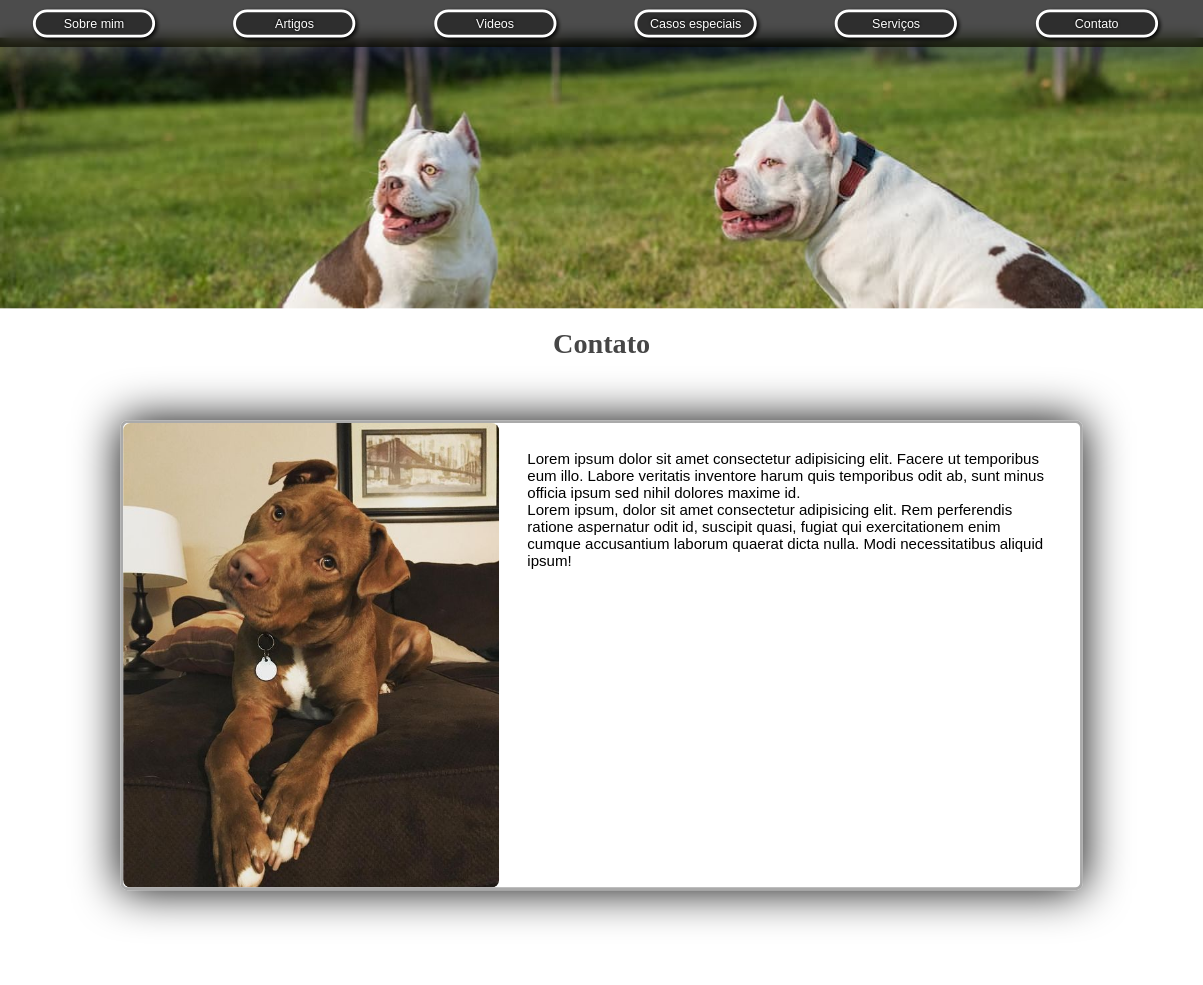
Repository: KevynMarques/Blog-React-StyledComponent
Page: /, after clicking the first element matching `button.sc-iGgWBj`
These files come from the project's save history. The page is drawn as it stood at one moment and after the next save; the edit follows.
The browser window is 1280 px wide. The pictures show the whole page, at 94% of full size.
The project was rebuilt for these pictures with package versions that can differ from the ones it lists, and the page was loaded fresh each time. Also part of the build but not shown: src/Components/Artigos/index.jsx, src/Components/Clientes/index.jsx, src/Components/Serviços/index.jsx, src/Components/View/index.jsx.

Above is the page before, as saved 2022-02-21 18:33:21.

### public/index.html
<!DOCTYPE html>
<html lang="pt-BR">
  <head>
    <meta charset="utf-8" />
    <link rel="icon" href="%PUBLIC_URL%/favicon.ico" />
    <meta name="viewport" content="width=device-width, initial-scale=1" />
    <meta name="theme-color" content="#000000" />
    <meta
      name="description"
      content="Web site created using create-react-app"
    />
    <link rel="apple-touch-icon" href="%PUBLIC_URL%/logo192.png" />
    <!--
      manifest.json provides metadata used when your web app is installed on a
      user's mobile device or desktop. See https://developers.google.com/web/fundamentals/web-app-manifest/
    -->
    <!--
      Notice the use of %PUBLIC_URL% in the tags above.
      It will be replaced with the URL of the `public` folder during the build.
      Only files inside the `public` folder can be referenced from the HTML.

      Unlike "/favicon.ico" or "favicon.ico", "%PUBLIC_URL%/favicon.ico" will
      work correctly both with client-side routing and a non-root public URL.
      Learn how to configure a non-root public URL by running `npm run build`.
    -->
    <title>Adestramento DK</title>
  </head>
  <body>
    <noscript>You need to enable JavaScript to run this app.</noscript>
    <div id="root"></div>
    <!--
      This HTML file is a template.
      If you open it directly in the browser, you will see an empty page.

      You can add webfonts, meta tags, or analytics to this file.
      The build step will place the bundled scripts into the <body> tag.

      To begin the development, run `npm start` or `yarn start`.
      To create a production bundle, use `npm run build` or `yarn build`.
    -->
  </body>
</html>

### src/App.jsx
import Home from './Pages/Home';
import Sobre from './Components/Sobre/index';
import { useState, useEffect } from 'react';
import { GlobalStyle } from './GlobalStyle';
import Geral from './Components/Geral/index';


function App() {

  const [geral, setGeral]=useState(<Sobre />);

  return (
    <>
    <Home setGeral={setGeral} geral={geral}  />
    <Geral geral={geral} />
    <GlobalStyle/>
   </>
  );
}

export default App;

### src/Pages/Home/index.jsx
import React, {useState} from "react"
import {  Home, Videos, Comportamental, Serviços, Diversos, Contato } from "../../Components/Buttons/Style"
import Sobre from '../../Components/Sobre/index'
import Comport  from '../../Components/Artigos/index'
import Clientes from '../../Components/Clientes/index'
import Serv from "../../Components/Serviços"
import Cont from '../../Components/Contato/index'
import View from "../../Components/View"
import { ContainerHeader } from "../../Components/Containers/style"




export default (props) => {

  const [ativo, setAtivo] = useState(false)
  const [ativoVideos, setAtivoVideos] = useState(true)
  const [ativoComp, setComp] = useState(true)
  const [Casos, setCasos] = useState(true)
  const [serviços, setServiços] = useState(true)
  const [contato, setContato] = useState(true)


  return (
   <>
    <ContainerHeader>

       <Home
         setAtivo={setAtivo}
         ativo={ativo}
         onClick={()=>(props.setGeral(<Sobre />),
         setAtivo(false),
         setAtivoVideos(true),
         setComp(true),
         setCasos(true),
         setServiços(true)
         )}>
         <p>Sobre mim</p>
      </Home>


       <Comportamental
          onClick={() =>(props.setGeral(<Comport />),
          setAtivo(true),
          setAtivoVideos(true),
          setComp(false),
          setCasos(true),
          setServiços(true))}

          setComp={setComp}
          ativoComp={ativoComp}>

         <p>Artigos</p>
       </Comportamental>

       <Videos
        ativoEquip={ativoVideos}
        setAtivoVideos={setAtivoVideos}
        onClick={()=>(props.setGeral(<View />),
        setAtivo(true),
        setAtivoVideos(false),
        setComp(true),
        setCasos(true),
        setServiços(true)
        )}>
        <p>Videos</p>
       </Videos>

       <Diversos
          onClick={() =>(props.setGeral(<Clientes />),
          setAtivo(true),
          setAtivoVideos(true),
          setComp(true),
          setCasos(false),
          setServiços(true))}
          setCasos={setCasos}
          Casos={Casos}>
         <p>Casos especiais</p>
       </Diversos>


       <Serviços onClick={() =>(props.setGeral(<Serv />),
        setAtivo(true),
        setAtivoVideos(true),
        setComp(true),
        setCasos(true),
        setServiços(false))}
        setServiços={setServiços}
        serviços={serviços}>
         <p>Serviços</p>
       </Serviços>

       <Contato onClick={() =>(props.setGeral(<Cont />),
        setAtivo(true),
        setAtivoVideos(true),
        setComp(true),
        setCasos(true),
        setServiços(true),
        setContato(false)
       )}
          setContato={setContato}
          contato={contato}>
         <p>Contato</p>
      </Contato>

    </ContainerHeader>
    </>
  );
}

### src/Components/Sobre/index.jsx
import Foto from '../Image/foto.png'
import LV from '../Image/LV.jpg';
import Dog from '../Image/Dog.png'
import { Tittle } from "../Textos&Titles/style";
import { ContainerBaner, ContainerBox, ContainerIMG } from "../Containers/style";
import { Info } from "../Textos&Titles/style";
import { SubTitle } from '../Textos&Titles/style';
import { TitleInfo } from '../Textos&Titles/style';


export default () => {
  return (
<>
     <ContainerBaner>
      <img src={Dog} />
     </ContainerBaner>

   <Tittle>
          Adestramento DK
  </Tittle>


  <ContainerBox>
       <ContainerIMG>
        <img src={Foto} />
       </ContainerIMG>
       <Info>
       <TitleInfo>Quem sou eu</TitleInfo>
       meu nome é Kevyn Marques sempre fui um apaixonado por cães, no ano de 2017 tive o prazer
       de fazer parte do 2BPE  onde pude ter  meu primeiro contato com cães de trabalho tanto de faro como de guarda, encantando com aqueles animais comecei a pesquisar e estudar sobre comportamento canino  e desde la eu nunca mais parei, ao longo da minha jornada como adestrador fiz inumeros cursos com pessoas que estão na aréa do adestramento a anos, tanto no esporte canino como no treinamento pet podendo ter uma visão ampla e diversificade de cada caso que passa pelas minhas mãos, tenho um orgulho enorme dos meus resultados, acredito que todos com a orientação adequada podem ter uma vida em harmonia com seus cães independente do tamanho do problema ele sempre tera solução.
       </Info>
       </ContainerBox>

  <SubTitle>  Viper e Logan !
  </SubTitle>


    <ContainerBox>
       <ContainerIMG>
        <img src={LV} />
       </ContainerIMG>
       <Info>
       <TitleInfo>Nosso dia a dia</TitleInfo>
       Apesar de ter tido cães a vida toda o meu primeiro cão de trabalho foi o Logan, meu pastor Belga Malinois que se encontra ao lado direito da foto, com o Logan vieram inumeros desafios afinal é uma raça dificil de lidar, temperamento forte muita disposição e um drive de caça altissimo, porem com a tecnica é o conhecimento adequado o Logan se tornou a melhor companhia que ja tive na vida, ja o Mali mais escuro na foto é o Viper, minha paixão por Malinois so aumenta e com isso veio mais um para familia, o pequeno Viper é bem diferente do Logan, um cão mais calmo e de um temperamento extremamente equilibrado por enquanto ainda não sei se irei treina-lo para guarda e proteção como o Logan, porem uma coisa é certa, eles fazem uma dupla e tanto !! Irei postar videos rotineiros dos treinos de ambos e espero que vocês acompanhem !
       </Info>
   </ContainerBox>
</>

  );
}

### src/GlobalStyle.jsx
import { createGlobalStyle } from 'styled-components';

 export const GlobalStyle = createGlobalStyle`
  * {
    margin: 0;
    padding: 0;
    box-sizing: border-box;

  }
`;

### src/Components/Geral/index.jsx
import React from "react"

export default (props) => {

  return (

    <>
    {props.geral}
    </>

  );

}

### src/Components/Buttons/Style.jsx
import styled from "styled-components";


export const Home = styled.button `
background:${props => props.ativo ? '#2e2e2e' : '#000000'};
font-family: Arial, Helvetica, sans-serif;
font-style:normal;
color:#ffffff;
border:3px solid #ffffff;
text-shadow:0px -1px 3px #000000;
box-shadow:2px 2px 5px #000000;
box-shadow:2px 2px 5px #000000;
box-shadow:2px 2px 5px #000000;
border-radius:25px 25px 25px 25px;
border-radius:25px 25px 25px 25px;
border-radius:25px 25px 25px 25px;
width:130px;
height: 30px;

&:hover {
  background-color: black;
}

cursor:pointer;
margin:0 auto;
margin-left: 35px;

&:active {
  transform: scale(0.9);
}

`;


export const Videos = styled(Home) `

background:${props => props.ativoEquip ? '#2e2e2e' : '#000000'};

`;

export const Comportamental = styled(Home) `

background:${props => props.ativoComp ? '#2e2e2e' : '#000000'};

`;


export const Diversos = styled(Home) `

background:${props => props.Casos? '#2e2e2e' : '#000000'};

`;


export const Serviços = styled(Home) `

background:${props => props.serviços? '#2e2e2e' : '#000000'};

`;

export const Contato = styled(Home) `

background:#2e2e2e;

`;

### src/Components/Contato/index.jsx

import  Apbt from '../Image/apbt.jpg';
import Original from '../Image/Original.jpg'
import { SubTitle, Info } from "../Textos&Titles/style";
import { ContainerIMG, ContainerBox, ContainerBaner } from "../Containers/style";




export default () => {
  return (
    <>
    <ContainerBaner>
    <img src={Apbt} />
    </ContainerBaner>

    <SubTitle>
      Contato
    </SubTitle>

      <ContainerBox>
       <ContainerIMG>
        <img src={Original} />
       </ContainerIMG>
       <Info>
       Lorem ipsum dolor sit amet consectetur adipisicing elit. Facere ut temporibus eum illo. Labore veritatis inventore harum quis temporibus odit ab, sunt minus officia ipsum sed nihil dolores maxime id.
       <br></br>
        Lorem ipsum, dolor sit amet consectetur adipisicing elit. Rem perferendis ratione aspernatur odit id, suscipit quasi, fugiat qui  exercitationem  enim cumque accusantium laborum quaerat dicta nulla. Modi necessitatibus aliquid ipsum!
        </Info>
       </ContainerBox>
    </>
  );
}

### src/Components/Containers/style.jsx
import  styled  from "styled-components";



export const  ContainerHeader  = styled.div `
     width: 100vw;
     height: 50px;
     margin: 0;
     position: fixed;
     z-index: 99999;
     background: rgba( 0, 0, 0, 0.7 );
     box-shadow: 0 8px 32px 0 rgba( 31, 38, 135, 0.37 );
     backdrop-filter: blur( 7.5px );
     -webkit-backdrop-filter: blur( 7.5px );
     color:white;
     display: flex;
     align-items: center;
     justify-content: center;
`;



export const ContainerBaner= styled.div `
  width: 100%;
  height: 40vh;


    img {
    width: 100%;
    height: 100%;
    object-fit: cover;
    margin-top: 40px;

    }
`;


export const  ContainerBox = styled.section `
  height: 500px;
  border: solid 3px #aaaaaa;
  width: 80vw;
  margin: 100px  10%;
  border-radius: 8px;
  box-shadow: 0 0 3em Black;
  display: flex;
  `;


export const ContainerIMG = styled.div `

    min-width:400px;
    height:494px;

  img {
    object-fit: cover;
    width: 100%;
    height: 100%;
    border-radius: 8px;
  }

`;

### src/Components/Textos&Titles/style.jsx
import styled from 'styled-components'



export const Tittle = styled.h1`
@import url('https://fonts.googleapis.com/css2?family=Bangers&display=swap');
color: #312f2f;
font-size: 60px;
font-family: 'Bangers', cursive;
text-align: center;
height: 40px;
margin-top: 45px;
`;


export const Info = styled.p`
 margin: 30px;
 font-family: Arial, Helvetica, sans-serif;
`;


export const SubTitle = styled.h2 `
 text-align: center;
 font-size: 30px;
 margin-top: 60px;
 font-family: Arial, Helvetica, sans-serif;
 color: #464646;
 margin-bottom: -35px;
 font-family: 'Bangers', cursive;
`;


export const TitleInfo = styled.div `
 text-align: center;
 font-size: 30px;
 font-family: Arial, Helvetica, sans-serif;
 color: #464646;
 font-family: 'Bangers', cursive;
 margin-bottom: 15px;
`;

Loaded but not shown: src/index.js (common file)

After the next save:
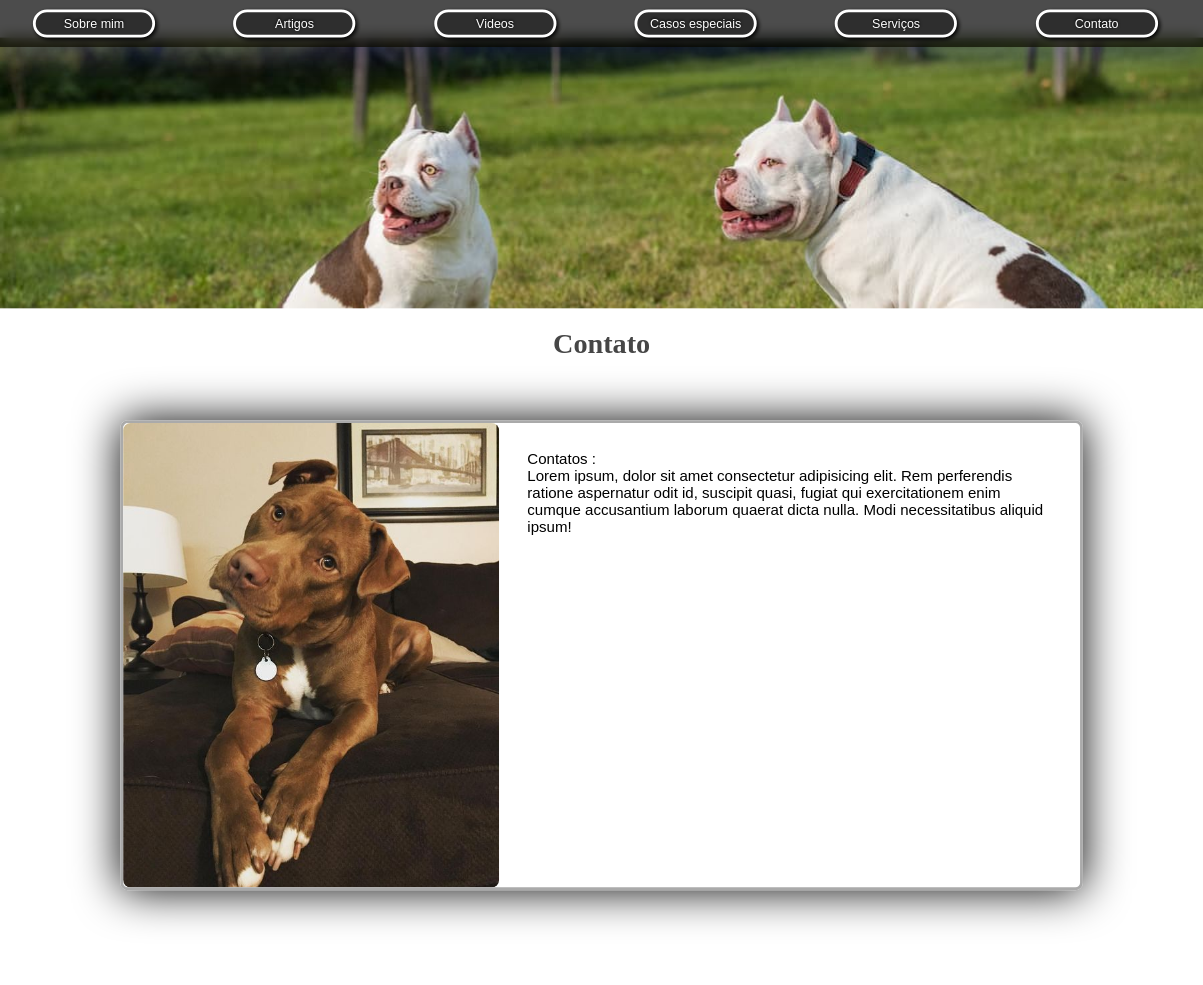
Saved 17 s later.
--- a/src/Components/Contato/index.jsx
+++ b/src/Components/Contato/index.jsx
@@ -23,7 +23,7 @@ export default () => {
         <img src={Original} />
        </ContainerIMG>
        <Info>
-       Lorem ipsum dolor sit amet consectetur adipisicing elit. Facere ut temporibus eum illo. Labore veritatis inventore harum quis temporibus odit ab, sunt minus officia ipsum sed nihil dolores maxime id.
+       Contatos :
        <br></br>
         Lorem ipsum, dolor sit amet consectetur adipisicing elit. Rem perferendis ratione aspernatur odit id, suscipit quasi, fugiat qui  exercitationem  enim cumque accusantium laborum quaerat dicta nulla. Modi necessitatibus aliquid ipsum!
         </Info>
